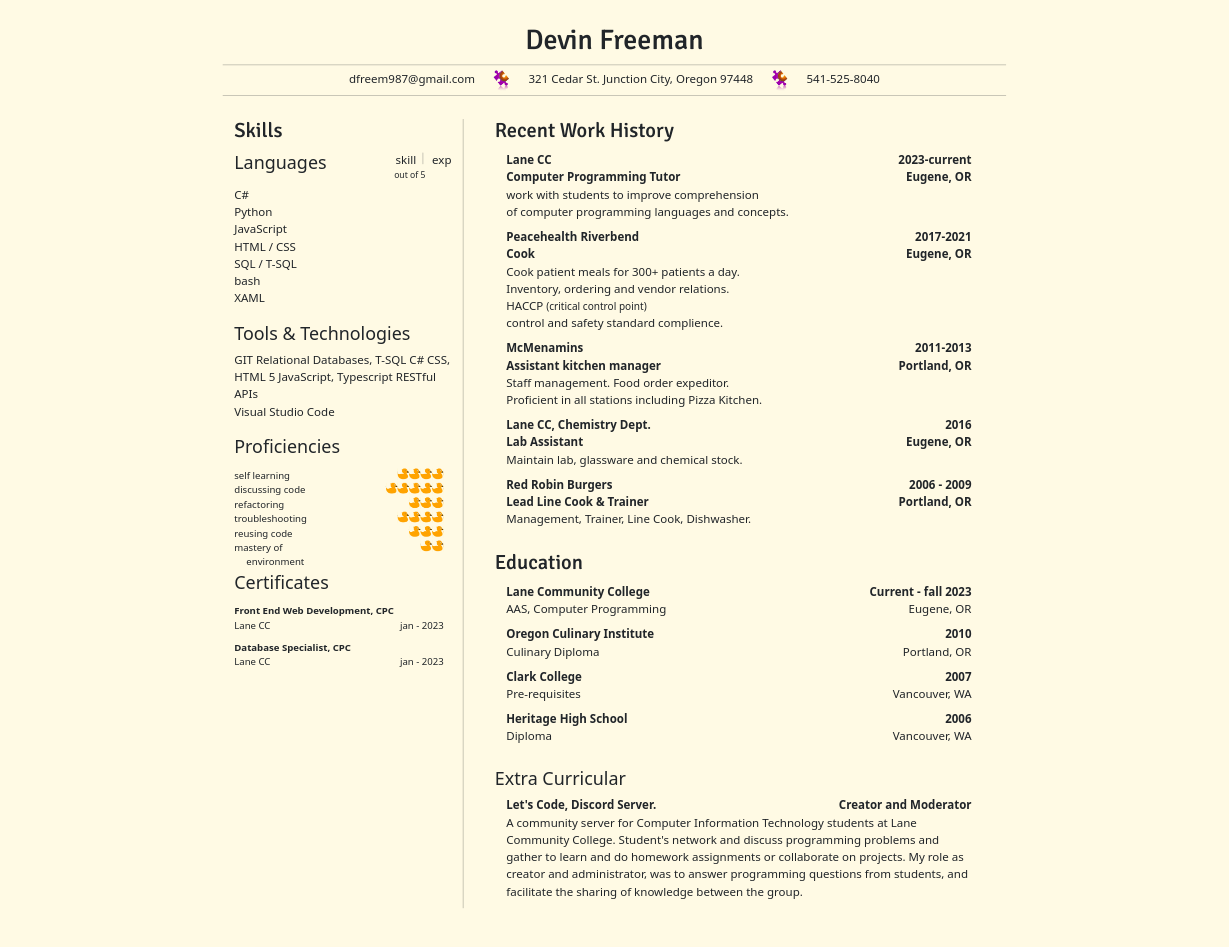
Repository: Dfreem/Resume
Page: index.html
The author's editor kept a copy of each file at every save. The page is drawn from the files as they stood at one save, then again after the next save.
The browser window is 1280 px wide. The pictures show the whole page, at 96% of full size.

Above is the page before, as saved 2023-02-12 20:19:42.

After the next save:
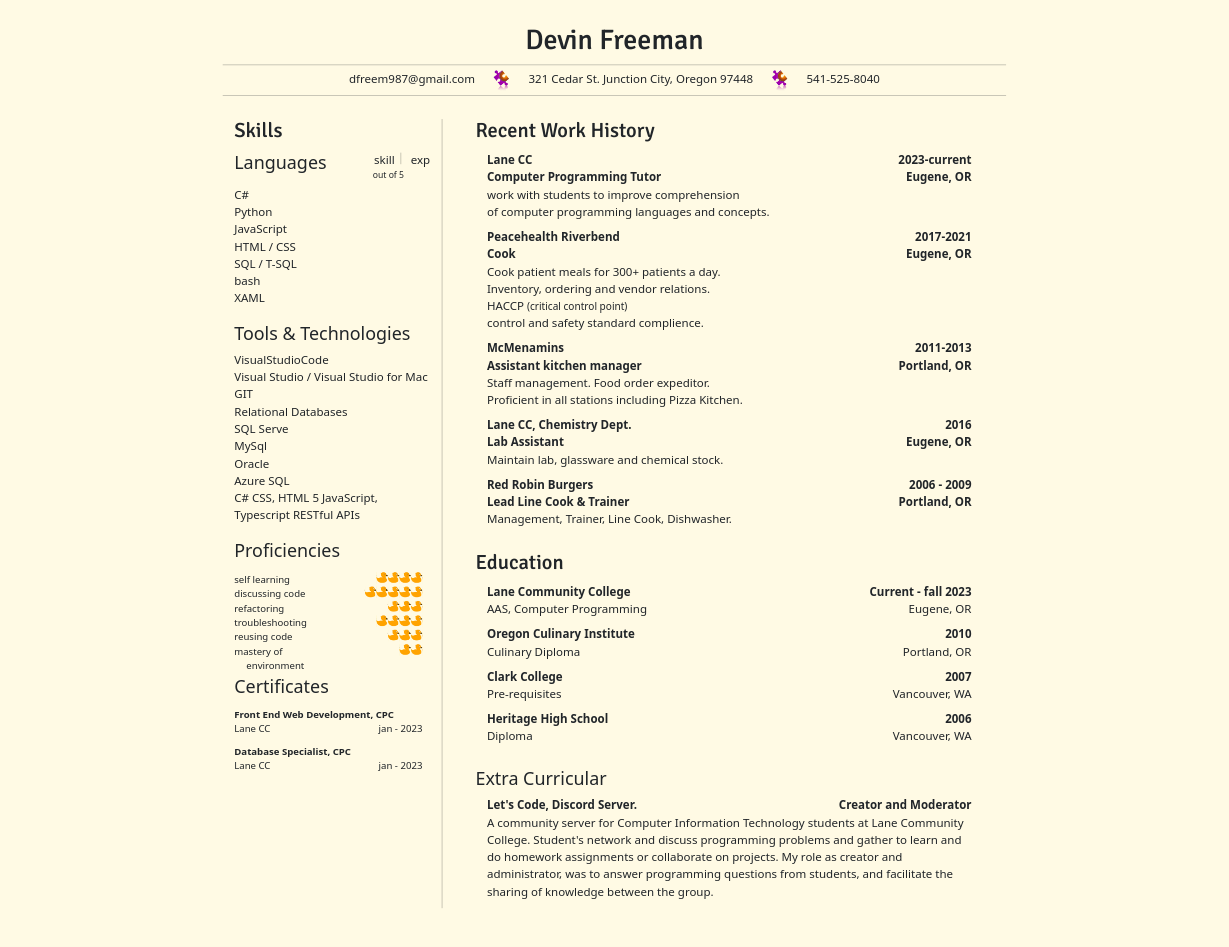
Saved 5 min 43 s later.
--- a/index.html
+++ b/index.html
@@ -77,21 +77,35 @@
                     <h3>
                         Tools & Technologies
                     </h3>
-                    GIT
-                    Relational Databases, T-SQL
-                    C#
-                    CSS, HTML 5
-                    JavaScript, Typescript
-                    RESTful APIs
-                    <li>
-                        Visual Studio Code
-
-                    </li>
-                    <li></li>
-                    <li></li>
-                    <li></li>
-                    <li></li>
-                    <li></li>
+                    <li>
+                        VisualStudioCode
+                    </li>
+                    <li>Visual Studio / Visual Studio for Mac</li>
+                    <li>
+                        GIT
+                    </li>
+                    <li>
+                        Relational Databases
+                        <ul>
+                            <li>SQL Serve</li>
+                            <li>MySql</li>
+                            <li>Oracle</li>
+                            <li>Azure SQL</li>
+                        </ul>
+                    </li>
+                    <li>
+                        C#
+                        CSS, HTML 5
+                        JavaScript, Typescript
+                        RESTful APIs
+
+                    </li>
+                    <li>
+
+                    </li>
+                    <li>
+
+                    </li>
                 </div:d-flex:flex-row>
             </ul>
 
